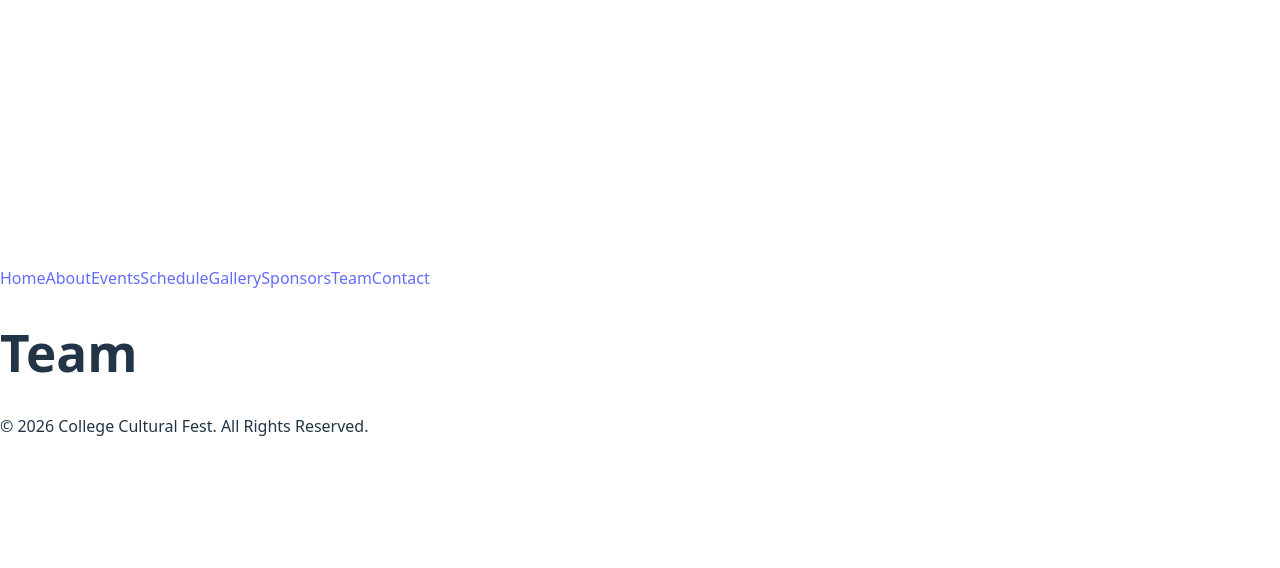
Repository: mridang-iiitu/Mridang-2k26
Page: /team
These files come from the project's save history. The page is drawn as it stood at one moment and after the next save; the edit follows.
The browser window is 1280 px wide. The pictures show the whole page.
The project was rebuilt for these pictures with package versions that can differ from the ones it lists, and the page was loaded fresh each time. Also part of the build but not shown: vite.config.js, src/pages/Home.jsx, src/pages/About.jsx, src/pages/Events.jsx, src/pages/Schedule.jsx, src/pages/Gallery.jsx, src/pages/Sponsors.jsx, src/pages/Contact.jsx.

Above is the page before, as saved 2026-08-03 13:34:43.

After the next save:
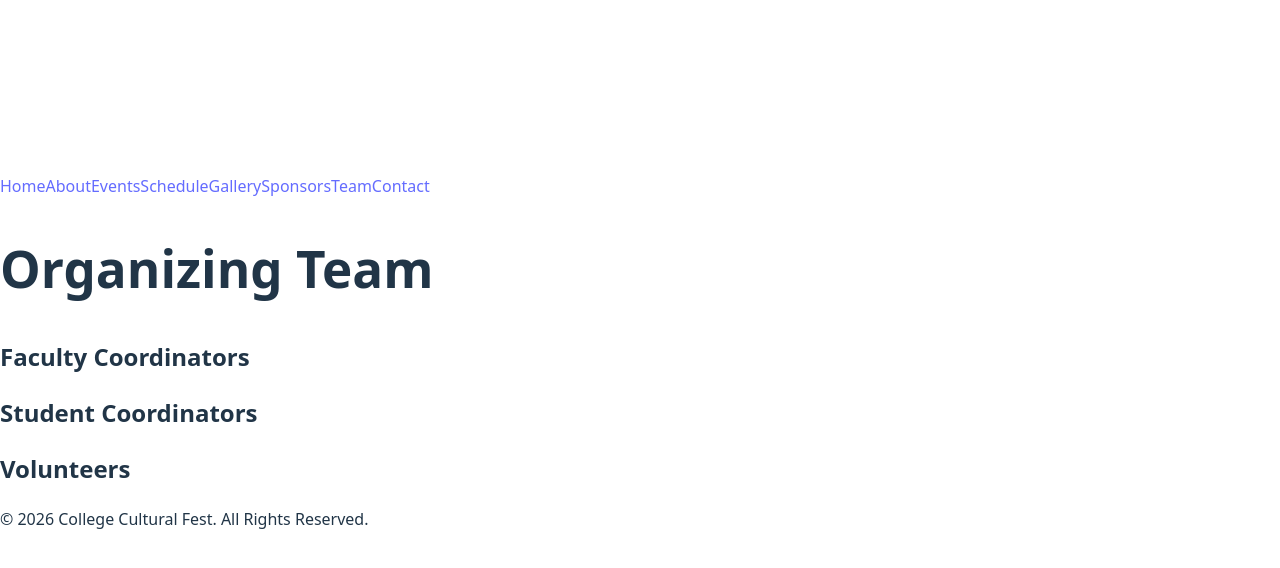
Saved 7 s later.
--- a/src/pages/Team.jsx
+++ b/src/pages/Team.jsx
@@ -1,7 +1,23 @@
 export default function Team() {
   return (
-    <div className="min-h-screen p-10">
-      <h1 className="text-4xl font-bold">Team</h1>
-    </div>
+    <main>
+
+      <section>
+        <h1>Organizing Team</h1>
+      </section>
+
+      <section>
+        <h2>Faculty Coordinators</h2>
+      </section>
+
+      <section>
+        <h2>Student Coordinators</h2>
+      </section>
+
+      <section>
+        <h2>Volunteers</h2>
+      </section>
+
+    </main>
   );
 }
